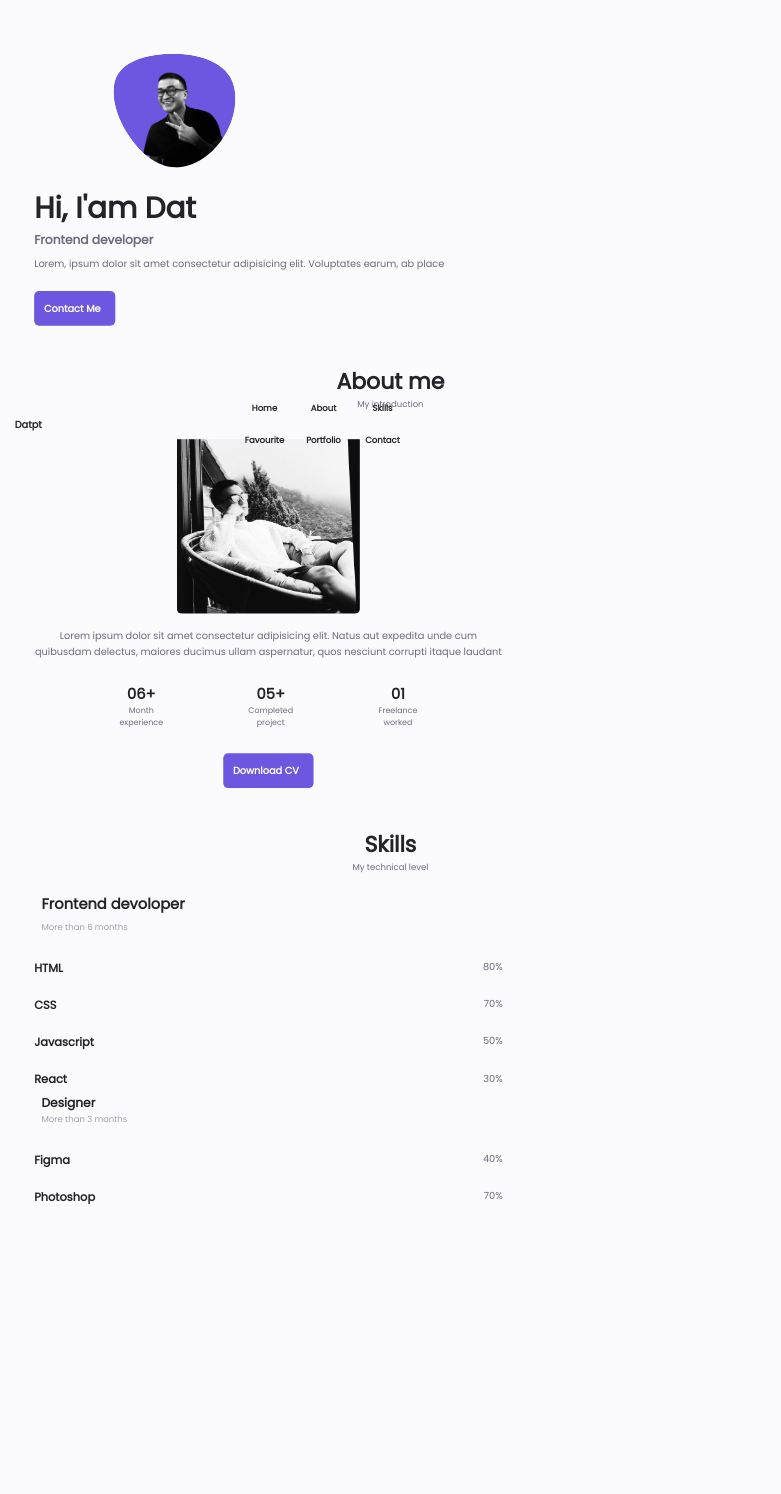
Repository: Datt21/portfolio
Page: index.html
An editor plug-in stored every save of this project. The page is shown before and after the next save, followed by the edit.
The browser window is 1280 px wide. The pictures show the whole page, at 61% of full size.
Some icons come from a web library that is not loaded, so they are not drawn.

Above is the page before, as saved 2021-07-10 17:19:22.

After the next save:
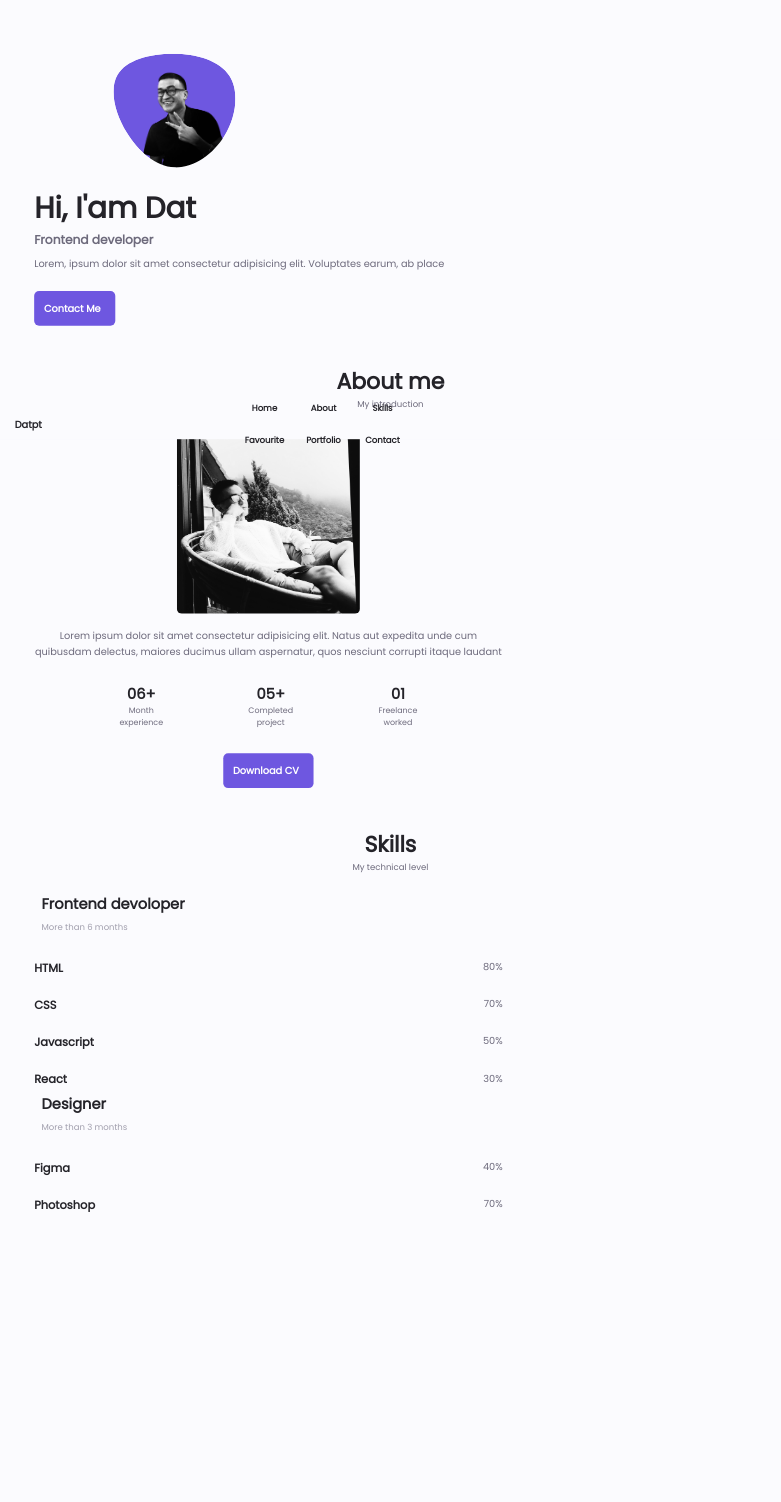
Saved 13 s later.
--- a/index.html
+++ b/index.html
@@ -230,7 +230,7 @@
                             <i class="uil uil-swatchbook skills__icon"></i>
 
                             <div>
-                                <h1 class="skills__title">Designer</h1>
+                                <h1 class="skills__titles">Designer</h1>
                                 <span class="skills__subtitle">More than 3 months</span>
                             </div>
                             <i class="uil uil-angle-down skills__arrow"></i>

After the save that followed:
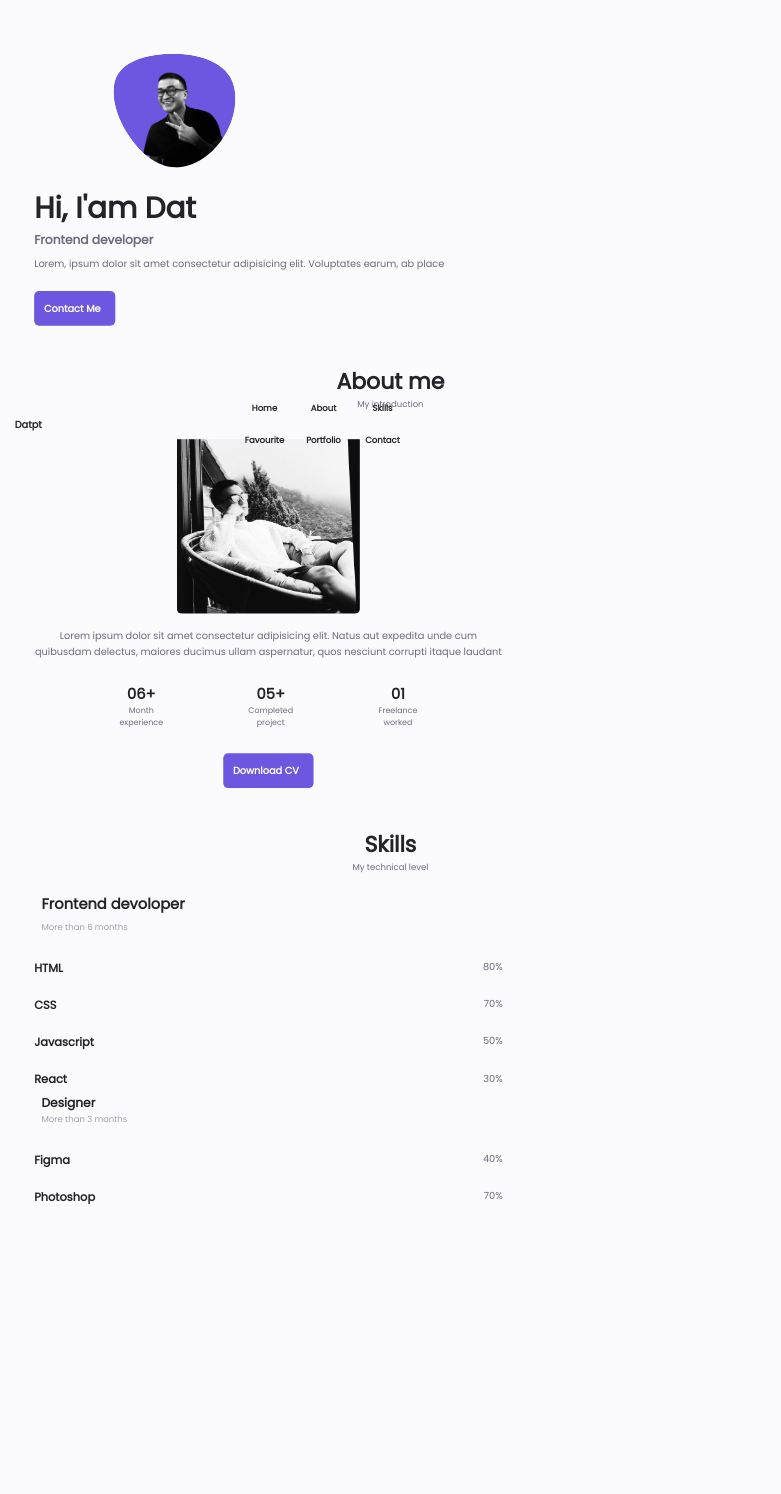
Saved 3 min 12 s later.
--- a/index.html
+++ b/index.html
@@ -230,7 +230,7 @@
                             <i class="uil uil-swatchbook skills__icon"></i>
 
                             <div>
-                                <h1 class="skills__titles">Designer</h1>
+                                <h1 class="skills__title">Designer</h1>
                                 <span class="skills__subtitle">More than 3 months</span>
                             </div>
                             <i class="uil uil-angle-down skills__arrow"></i>
